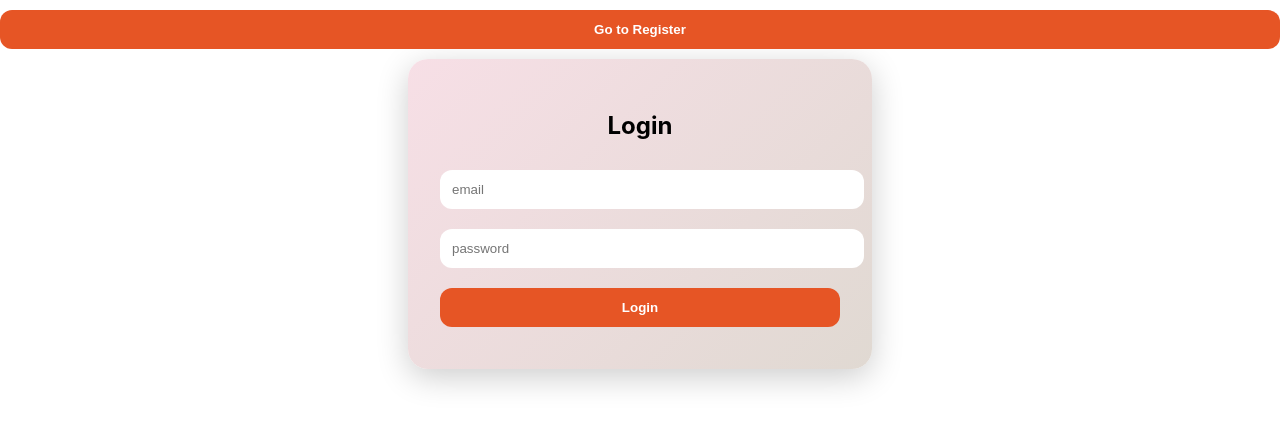
Repository: aab232/https---github.com-aab232-Deferred-Payment-Platform
Page: / (app in frontend/)
An editor plug-in stored every save of this project. The page is shown before and after the next save, followed by the edit.
The browser window is 1280 px wide. The pictures show the whole page.
The project was rebuilt for these pictures with package versions that can differ from the ones it lists, and the page was loaded fresh each time. Also part of the build but not shown: frontend/src/components/Register.js.

Above is the page before, as saved 2025-03-14 01:19:58.

After the next save:
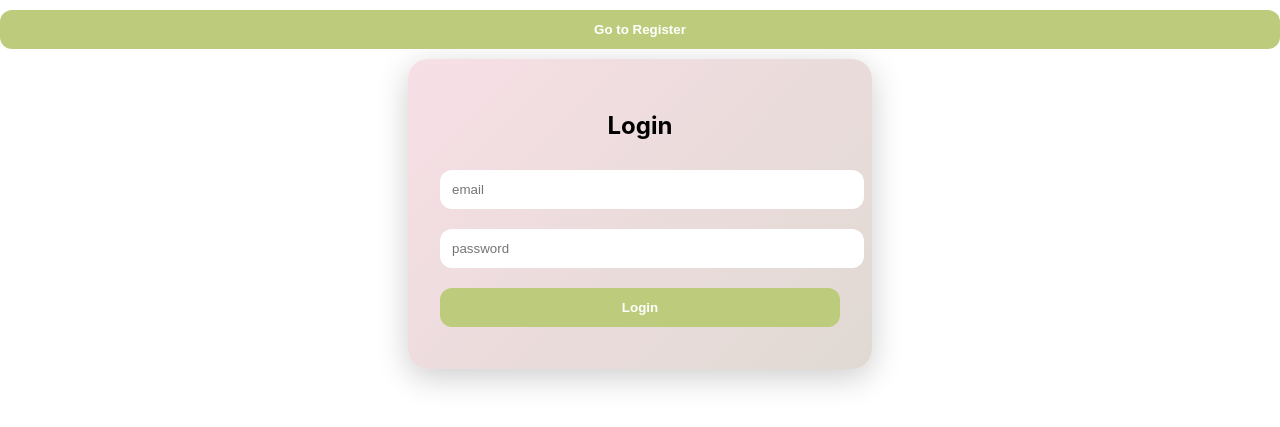
Saved 61 s later.
--- a/frontend/src/components/Login.css
+++ b/frontend/src/components/Login.css
@@ -18,7 +18,7 @@
   }
 
   button {
-    background-color: #E65525;
+    background-color: #BDCC7C;
     color: white;
     font-weight: bold;
     cursor: pointer;
@@ -26,5 +26,5 @@
 
   p {
     cursor: pointer;
-    color: #E65525;
+    color: #BDCC7C;
   }
